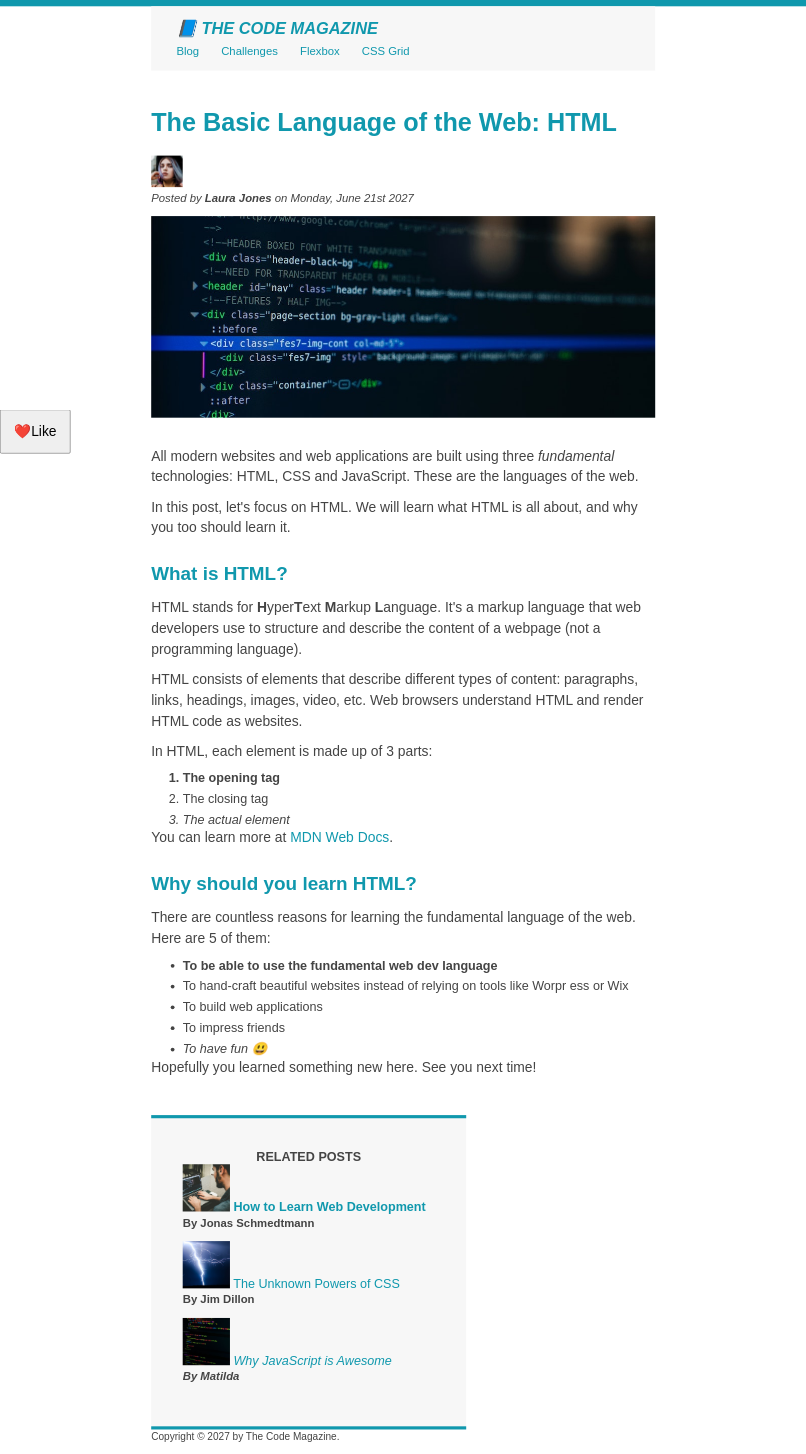
Repository: sunny070/CSS
Page: #1/index.html
These files come from the project's save history. The page is drawn as it stood at one moment and after a run of saves; the edit follows.
The browser window is 1280 px wide. The pictures show the whole page, at 63% of full size.

Above is the page before, as saved 2023-11-06 11:07:41.

After the next 3 saves:
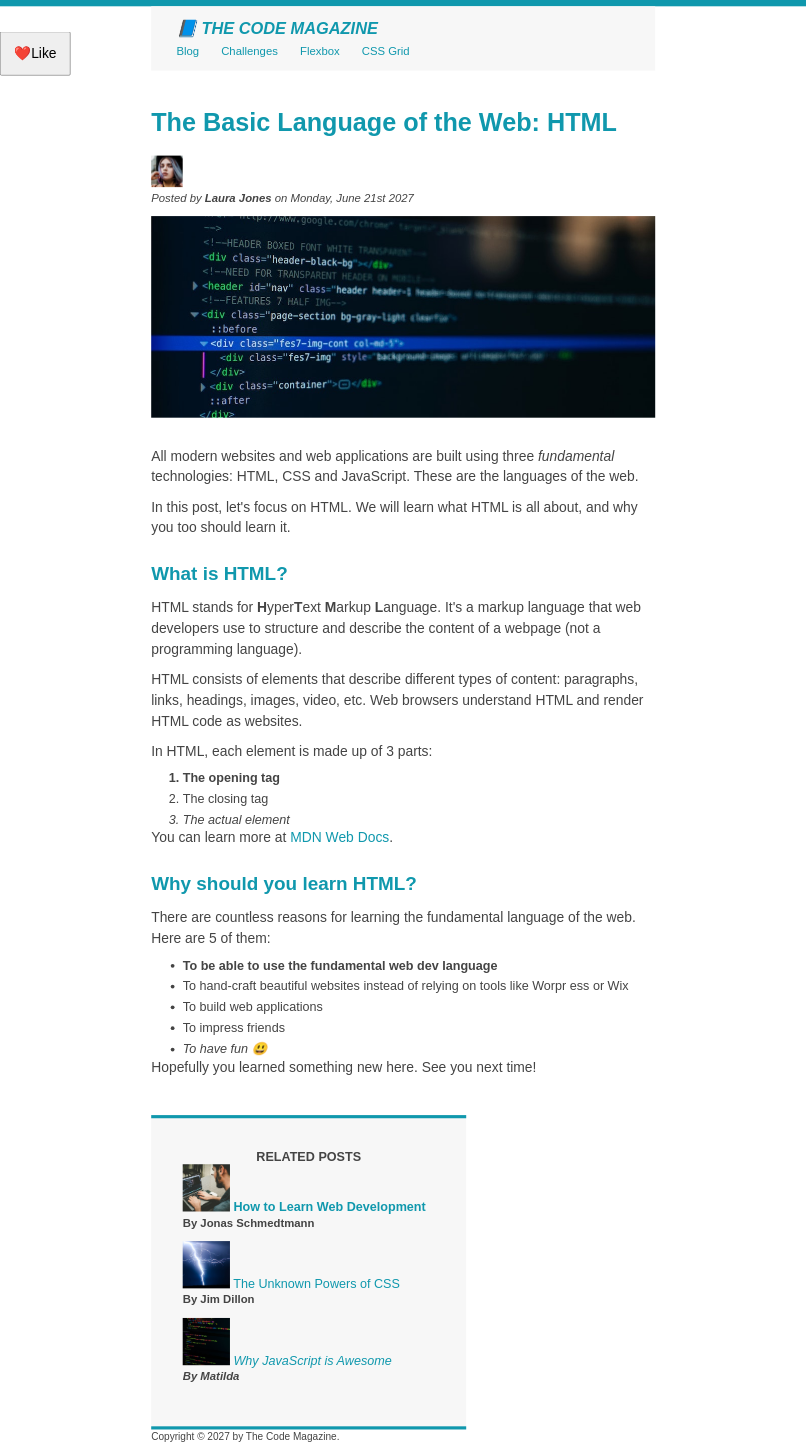
The 3 saves are shown as one change because they came seconds apart.
The last was saved 35 s later.
--- a/#1/style.css
+++ b/#1/style.css
@@ -191,7 +191,7 @@ button{
     padding: 20px;
     cursor:pointer;
     position: absolute;
-    bottom: 0;
+    top: 50px;
     left: 0;
 }
 /* resolving conflicts */
